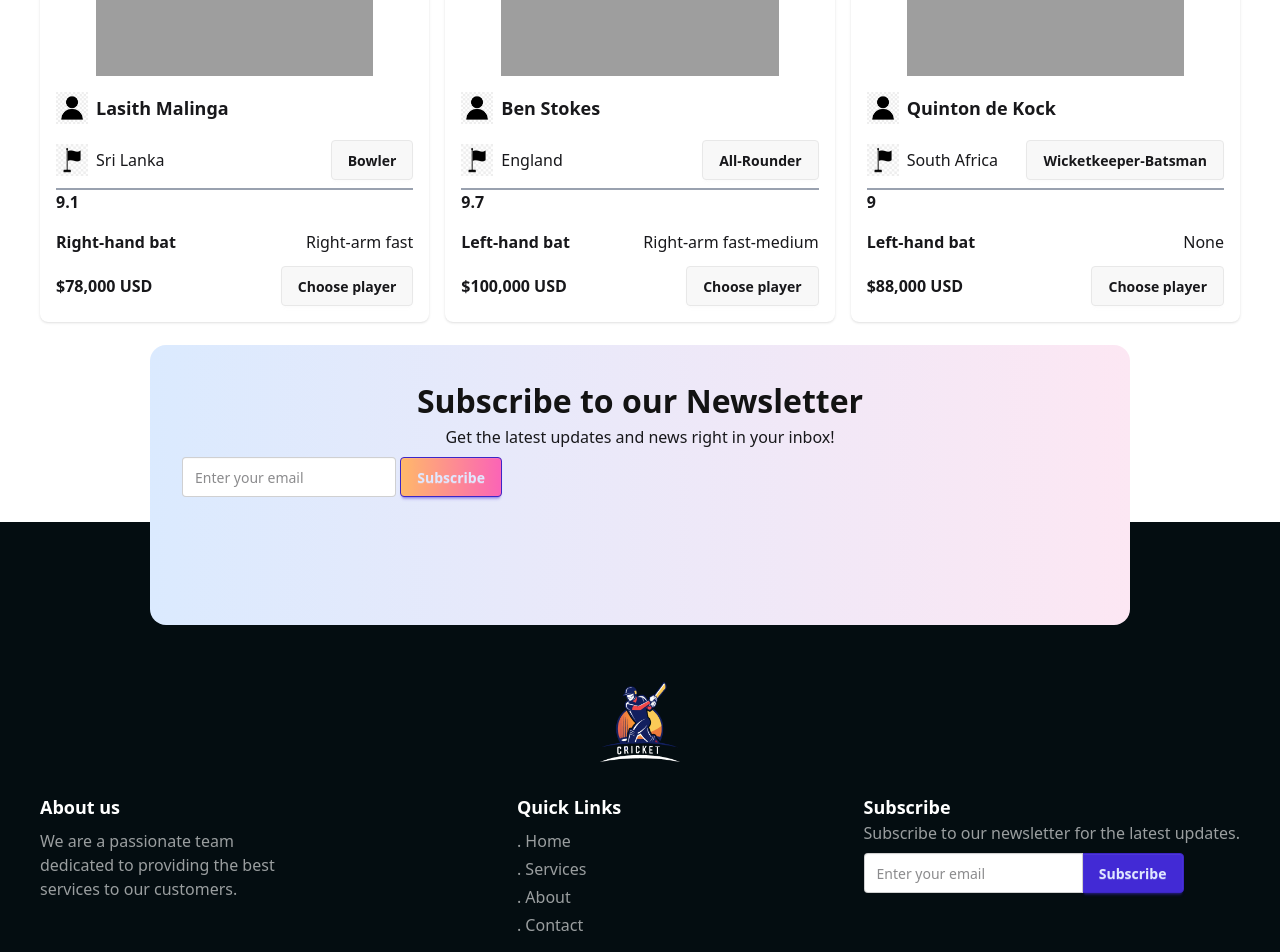
Repository: SanjidaSnigdha/Select-your-eleven
Page: /
These files come from the project's save history. The page is drawn as it stood at one moment and after the next save; the edit follows.
The browser window is 1280 px wide. The pictures show the part of the page from y = 2755 to 3707 px (the page is 3807 px tall).
Pictures or frames that could not be fetched are drawn as grey boxes. The project was rebuilt for these pictures with package versions that can differ from the ones it lists, and the page was loaded fresh each time. Also part of the build but not shown: vite.config.js, src/App.css, src/components/SelectedCard/SelectedCard.jsx, src/components/SelectedPlayers/SelectedPlayers.jsx.

Above is the page before, as saved 2026-03-23 01:56:13.

### index.html
<!doctype html>
<html lang="en" style="color-scheme: light;">
  <head>
    <meta charset="UTF-8" />
    <link rel="icon" type="image/svg+xml" href="/favicon.svg" />
    <meta name="viewport" content="width=device-width, initial-scale=1.0" />
    <title>select-your-eleven</title>
  </head>
  <body>
    <div id="root"></div>
    <script type="module" src="/src/main.jsx"></script>
  </body>
</html>

### src/index.css
 @import "tailwindcss";
 @plugin "daisyui" {
  themes: light --default, dark --prefersdark;
  themes: light --default;
 }

### src/App.jsx

import './App.css'
import { ToastContainer } from 'react-toastify';

import AvailablePlayers from './components/AvailablePlayers/AvailablePlayers'
import SelectedPlayers from './components/SelectedPlayers/SelectedPlayers'
import Navbar from './components/Navbar/Navbar'
import { Suspense, useState } from 'react'
import Banner from './components/Banner/Banner';
import Footer from './components/Footer/Footer';
import NewsLetter from './components/NewsLetter/NewsLetter';

const fetchPlayers = async () =>{
  const res = await fetch("/players.json")
  return res.json()
}
const playersPromise = fetchPlayers()


function App() {
  const [toggle,setToggle] = useState(true)
  const [availableBalance,setAvailableBalance] = useState(600000)
  const [purchasedPlayers,setPurchasedPlayers] = useState([])
  const removePlayer = (p) =>{
    const filteredData = purchasedPlayers.filter(ply=> ply.player_name!==p.player_name)
    console.log(filteredData)
    setPurchasedPlayers(filteredData)
    setAvailableBalance(availableBalance+parseInt(p.price.split("USD").join("").
                split(",").join("")))

  }

  return (
    <>
   <Navbar availableBalance={availableBalance}></Navbar>
   <Banner></Banner>
   <div className='max-w-[1200px] mx-auto flex justify-between items-center'>
    <h1 className='font-bold text-2xl'>{
    toggle===true?"Available players":`Selected players(${purchasedPlayers.length}/6)`}</h1>
    <div className='font-bold'>
      <button onClick={()=>setToggle(true)} className={`py-3 px-4 border-1 border-gray-400 rounded-l-2xl border-r-0 ${toggle===true?"bg-[#E7FE29]":""}`}>Available</button>
      <button onClick={()=>setToggle(false)} className={`py-3 px-4 border-1 border-gray-400 rounded-r-2xl border-l-0 ${toggle===false?"bg-[#E7FE29]":""}`}>Selected <span>({purchasedPlayers.length})</span></button>
    </div>

   </div>

     {
      toggle === true?<Suspense fallback={<span className="loading loading-spinner loading-xl"></span>
}>
    <AvailablePlayers purchasedPlayers={purchasedPlayers} setPurchasedPlayers={setPurchasedPlayers} availableBalance={availableBalance} setAvailableBalance={setAvailableBalance} playersPromise={playersPromise}></AvailablePlayers>
</Suspense>:<SelectedPlayers removePlayer={removePlayer} purchasedPlayers={purchasedPlayers} setToggle={setToggle}></SelectedPlayers>

     }



      <ToastContainer></ToastContainer>
      <NewsLetter></NewsLetter>
      <Footer></Footer>

    </>
  )
}

export default App

### src/components/AvailablePlayers/AvailablePlayers.jsx
import React, { use } from 'react';

import PlayerCard from '../PlayerCard/PlayerCard';

const AvailablePlayers = ({playersPromise,setAvailableBalance,availableBalance,purchasedPlayers,setPurchasedPlayers}) => {
    const playerData = use(playersPromise)
    return (
        <div className='max-w-[1200px] mx-auto grid grid-cols-1 md:grid-cols-3 gap-4'>

            {
              playerData.map(player=><PlayerCard setPurchasedPlayers={setPurchasedPlayers} purchasedPlayers={purchasedPlayers} availableBalance={availableBalance} setAvailableBalance={setAvailableBalance} player={player}></PlayerCard>


              )
            }

        </div>
    );
};

export default AvailablePlayers;

### src/components/Navbar/Navbar.jsx
import React from 'react';
import navImg from "../../assets/logo.png"
import dollarImg from "../../assets/dollar-1.png"

const Navbar = ({availableBalance}) => {
    return (

         <div className="navbar max-w-[1200px] mx-auto">
          <div className="flex-1">
            <a className="text-xl">
              <img className="w-60px h-50px mt-4" src={navImg} alt="" />
           </a>
          </div>
          <div className='flex justify-between items-center text-gray-500 w-60 h-20 font-semibold mr-30 gap-4'>
            <a>Home</a>
            <a>Fixture</a>
            <a>Teams</a>
            <a>Schedules</a>
          </div>
          <div className="flex items-center gap-1 ml-4">
          <span className='mr-1'>{availableBalance}</span>
          <span className='mr-1'>Coin</span>
          <img className="w-5 h-5" src={dollarImg} alt="" />
         </div>
       </div>
    );

};

export default Navbar;

### src/components/Banner/Banner.jsx
import React from 'react';
import bannerImg from '../../assets/banner-main.png'

const Banner = () => {
    return (
        <div className='max-w-[1200px] mx-auto h-[475px] bg-[#131313]/90 mt-8 mb-10 rounded-3xl relative'>
           <img src={bannerImg} alt="" className='w-2/12 mx-auto p-10'/>
           <div>
            <h1 className='font-bold w-[970px] h-[60px] text-[#FFFFFF] w-2/12 mx-auto text-center mt-2 text-xl'>Assemble Your Ultimate Dream 11 Cricket Team</h1>
            <p className='text-[#FFFFFF]/70 text-center'>Beyond Boundaries Beyond Limits</p>
            <button className='btn border-amber-400 p-1 flex mt-8 rounded-xl font-bold bg-[#E7FE29] w-2/12 mx-auto text-center items-center'>Claim Free Credit</button>
           </div>
        </div>

    );
};

export default Banner;

### src/components/Footer/Footer.jsx
import React from 'react';
import footerImg from "../../assets/logo-footer.png"

const Footer = () => {
    return (
        <footer className="bg-[#040D11] text-base-content p-10 mt-50 w-full h-[530px] relative">
            {/* Footer Image */}
            <div className='flex justify-center mt-30'>
            <img src={footerImg} alt="" className='w-20 h-20 mb-8'/>
            </div>
   <div className='flex flex-col md:flex-row justify-between gap-8'>
    <div>
    <h6 className="font-semibold text-[18px] text-[#FFFFFF]">About us</h6>
    <p className='mt-2 text-[#FFFFFF]/60'>We are a passionate team<br></br>dedicated to providing the best <br></br> services to our customers.</p>

  </div>
  <div className='text-[#FFFFFF]'>
    <h6 className="font-semibold text-[18px]">Quick Links</h6>
    <div className='flex flex-col mt-2 gap-1 text-[#FFFFFF]/60'>
    <a className="link link-hover">. Home</a>
    <a className="link link-hover">. Services</a>
    <a className="link link-hover">. About</a>
    <a className="link link-hover">. Contact</a>
    </div>
  </div>

  <form>
    <h6 className="text-[#FFFFFF] font-semibold text-[18px]">Subscribe</h6>
    <p className='text-[#FFFFFF]/60'>Subscribe to our newsletter for the latest updates.</p>
    <fieldset className="w-80">
      <div className="join mt-2">
        <input
          type="text"
          placeholder="Enter your email"
          className="input input-bordered join-item" />
        <button className="btn btn-primary join-item">Subscribe</button>
      </div>
    </fieldset>
  </form>

  </div>
  <div className='text-center'>
     <p className='text-[#FFFFFF]/60 mt-8'>@2024 Your Company All Rights Reserved.</p>
</div>
</footer>
    );
};

export default Footer;

### src/components/NewsLetter/NewsLetter.jsx
import React from 'react';

const NewsLetter = () => {
    return (
        <div className='w-[980px] h-[280px] rounded-2xl bg-gradient-to-r from-blue-100 via-white-100 to-pink-100 absolute -bottom-665 left-1/2 transform -translate-x-1/2 z-10 mt-8 text-center p-8'>
            <h1 className='font-bold text-[32px] text-[#131313]'>Subscribe to our Newsletter</h1>
            <p className='bg-[#131313]70'>Get the latest updates and news right in your inbox!</p>
             <form>
    <fieldset className="w-80">
      <div className="gap-1 mt-2 flex">
        <input
          type="text"
          placeholder="Enter your email"
          className="input input-bordered" />
        <button className="btn btn-primary bg-gradient-to-l from bg-pink-400 to-orange-300">Subscribe</button>
      </div>
    </fieldset>
  </form>

        </div>
    );
};

export default NewsLetter;

### src/components/PlayerCard/PlayerCard.jsx
import React, { useState } from 'react';
import userImg from "../../assets/man.png"
import flagImg from "../../assets/flag.jpg"
import { toast } from 'react-toastify';

const PlayerCard = ({player,setAvailableBalance,availableBalance,purchasedPlayers,setPurchasedPlayers}) => {
    const [isSelected,setIsSelected] = useState(false)

    const handleSelected = (playerData) =>{
        const playerPrice = parseInt(playerData.price.split("USD").join("").
                split(",").join(""))
                if(availableBalance<playerPrice){
                    toast("Not enough coins!!")
                    return
                }
                if(purchasedPlayers.length===6){
                    toast("6 players already selected")
                    return
                }

         setIsSelected(true)
                setAvailableBalance(availableBalance - playerPrice);
                setPurchasedPlayers([...purchasedPlayers,playerData])


    };
    return (
                        <div className="card bg-base-100 shadow-sm p-4">
         <figure className="px-10 pt-10">
           <img
             src={player.player_image}
             alt="Shoes"
             className='w-full h-[280px] object-cover'
              />
         </figure>
         <div className="mt-4">
           <div className='flex'>
               <img className='w-8 h-8' src={userImg} alt="" /><h2 className='card-title ml-2'>{player.player_name}</h2>
           </div>
           <div className='flex justify-between mt-4 border-b-2 border-gray-400 pb-2'>
       <div className='flex items-center'>
           <img className='w-8 h-8' src={flagImg} alt="" />
           <span className='ml-2'>{player.player_country}</span>
           </div>
           <button className='btn'>{player.playing_role}</button>
           </div>
       <div className='flex justify-between font-bold'>
           <span>{player.rating}</span>

       </div>
       <div className='flex justify-between mt-4'>
           <span className='font-bold'>{player.bating_style}</span>
           <span>{player.bowling_style}</span>
       </div>

           <div className="card-actions mt-3 flex justify-between items-center">
               <p className='font-bold'>${player.price}</p>
             <button disabled={isSelected} onClick={()=>{handleSelected(player)

             }} className="btn">{isSelected===true?"Selected":"Choose player"}</button>
           </div>
         </div>
       </div>
    );
};

export default PlayerCard;

### public/players.json
[
  {
    "player_image": "https://i.ibb.co.com/CKt7DdsZ/shakib-al-hasan-smiling-8olow941lckcha6b.jpg",
    "player_name": "Shakib Al Hasan",
    "player_country": "Bangladesh",
    "playing_role": "All-Rounder",
    "rating": 9.5,
    "bating_style": "Left-hand bat",
    "bowling_style": "Slow left-arm orthodox",
    "price": "75,000 USD"
  },
  {
    "player_image": "https://i.ibb.co.com/WWKnGkNs/Faf-du-Plessis.jpg",
    "player_name": "Faf du Plessis",
    "player_country": "South Africa",
    "playing_role": "Batsman",
    "rating": 9.0,
    "bating_style": "Right-hand bat",
    "bowling_style": "Right-arm medium",
    "price": "70,000 USD"
  },
  {
    "player_image": "https://i.ibb.co.com/XZxnnz3F/Rashid-Khan.jpg",
    "player_name": "Rashid Khan",
    "player_country": "Afghanistan",
    "playing_role": "Bowler",
    "rating": 9.8,
    "bating_style": "Right-hand bat",
    "bowling_style": "Right-arm leg spin",
    "price": "85,000 USD"
  },
  {
    "player_image": "https://i.ibb.co.com/4w5xgSNn/liton-das.jpg",
    "player_name": "Liton Das",
    "player_country": "Bangladesh",
    "playing_role": "Wicketkeeper-Batsman",
    "rating": 8.7,
    "bating_style": "Right-hand bat",
    "bowling_style": "None",
    "price": "60,000 USD"
  },
  {
    "player_image": "https://i.ibb.co.com/391gsfv8/Andre-Russell.jpg",
    "player_name": "Andre Russell",
    "player_country": "West Indies",
    "playing_role": "All-Rounder",
    "rating": 9.6,
    "bating_style": "Right-hand bat",
    "bowling_style": "Right-arm fast",
    "price": "90,000 USD"
  },
  {
    "player_image": "https://i.ibb.co.com/67D8FvCn/Mustafizur-Rahman.webp",
    "player_name": "Mustafizur Rahman",
    "player_country": "Bangladesh",
    "playing_role": "Bowler",
    "rating": 8.9,
    "bating_style": "Left-hand bat",
    "bowling_style": "Left-arm fast-medium",
    "price": "65,000 USD"
  },
  {
    "player_image": "https://i.ibb.co.com/h1wRWkVC/David-Warner.jpg",
    "player_name": "David Warner",
    "player_country": "Australia",
    "playing_role": "Batsman",
    "rating": 9.4,
    "bating_style": "Left-hand bat",
    "bowling_style": "Right-arm leg spin",
    "price": "95,000 USD"
  },
  {
    "player_image": "https://i.ibb.co.com/0VsmTGGY/Sunil-Narine.jpg",
    "player_name": "Sunil Narine",
    "player_country": "West Indies",
    "playing_role": "All-Rounder",
    "rating": 9.2,
    "bating_style": "Left-hand bat",
    "bowling_style": "Right-arm off spin",
    "price": "80,000 USD"
  },
  {
    "player_image": "https://i.ibb.co.com/HpkRbDz3/Babar.png",
    "player_name": "Babar Azam",
    "player_country": "Pakistan",
    "playing_role": "Batsman",
    "rating": 9.3,
    "bating_style": "Right-hand bat",
    "bowling_style": "None",
    "price": "92,000 USD"
  },
  {
    "player_image": "https://i.ibb.co.com/dsk08w2x/Lasith-Malinga1.jpg",
    "player_name": "Lasith Malinga",
    "player_country": "Sri Lanka",
    "playing_role": "Bowler",
    "rating": 9.1,
    "bating_style": "Right-hand bat",
    "bowling_style": "Right-arm fast",
    "price": "78,000 USD"
  },
  {
    "player_image": "https://i.ibb.co.com/s9vHr4tS/Ben-Stokes.png",
    "player_name": "Ben Stokes",
    "player_country": "England",
    "playing_role": "All-Rounder",
    "rating": 9.7,
    "bating_style": "Left-hand bat",
    "bowling_style": "Right-arm fast-medium",
    "price": "100,000 USD"
  },
  {
    "player_image": "https://i.ibb.co.com/gFhPmT1c/Quinton-de-Kock1.jpg",
    "player_name": "Quinton de Kock",
    "player_country": "South Africa",
    "playing_role": "Wicketkeeper-Batsman",
    "rating": 9.0,
    "bating_style": "Left-hand bat",
    "bowling_style": "None",
    "price": "88,000 USD"
  }
]

Loaded but not shown: src/main.jsx (common file)

After the next save:
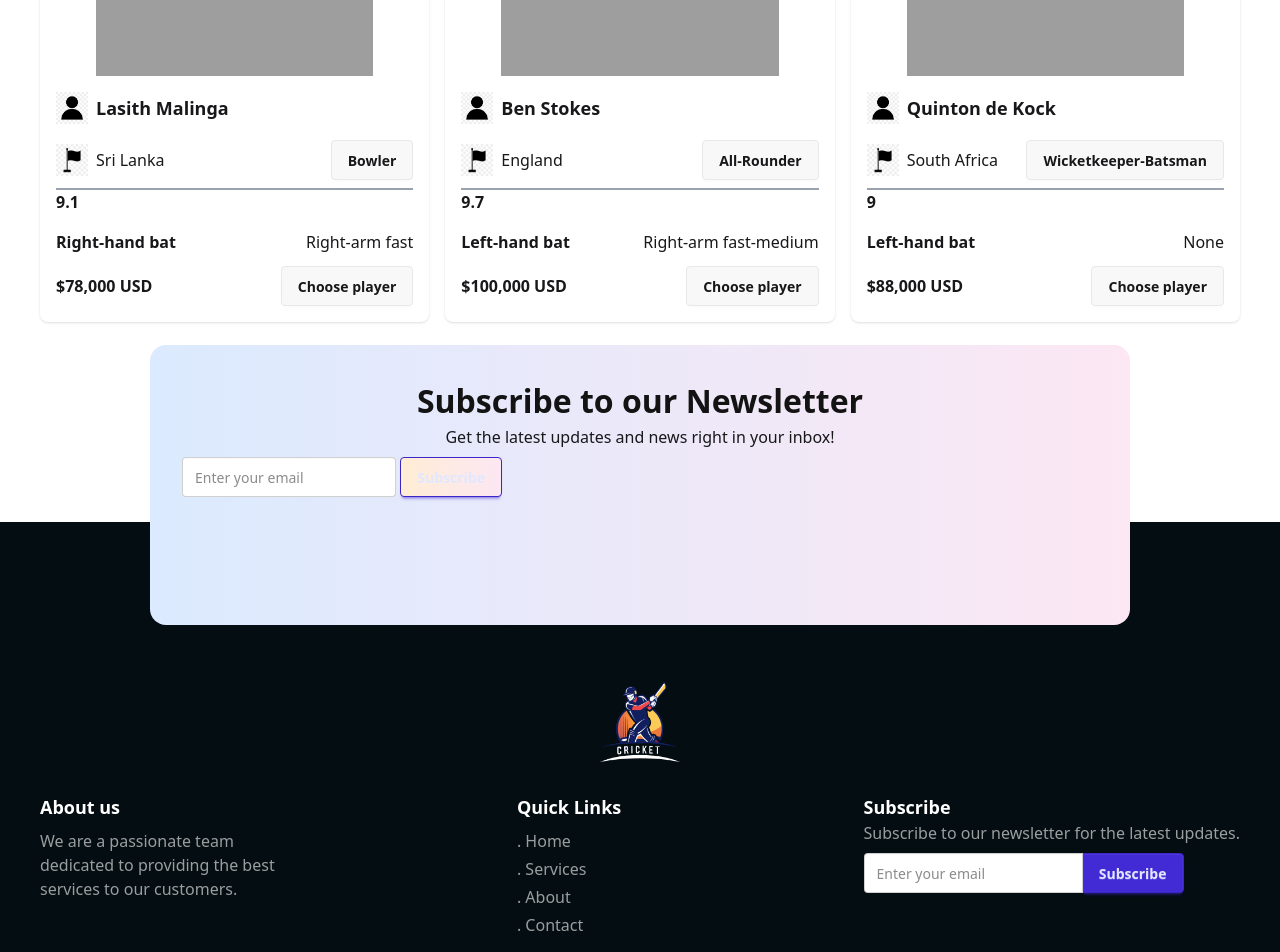
Saved 16 s later.
--- a/src/components/NewsLetter/NewsLetter.jsx
+++ b/src/components/NewsLetter/NewsLetter.jsx
@@ -12,7 +12,7 @@
           type="text"
           placeholder="Enter your email"
           className="input input-bordered" />
-        <button className="btn btn-primary bg-gradient-to-l from bg-pink-400 to-orange-300">Subscribe</button>
+        <button className="btn btn-primary bg-gradient-to-l from bg-pink-100 to-orange-100">Subscribe</button>
       </div>
     </fieldset>
   </form>
